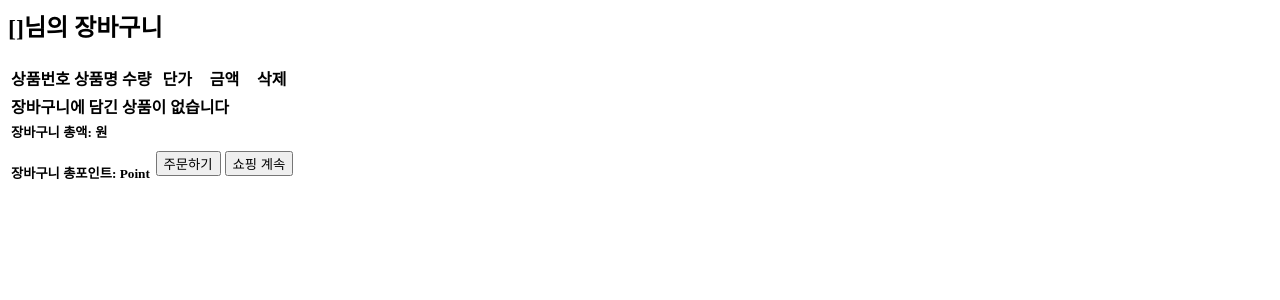
Repository: Jayking0215/myjava
Page: http://localhost/SpringWeb/WEB-INF/views/shop/cartList.jsp
These files come from the project's save history. The page is drawn as it stood at one moment and after the next save; the edit follows.
The browser window is 1280 px wide. The pictures show the whole page.
The page is served by Tomcat 9. Nobody is signed in. The template is opened directly, without the code that normally fills it, so the values that code supplies are empty.

Above is the page before, as saved 2023-05-10 07:07:54.

After the next save:
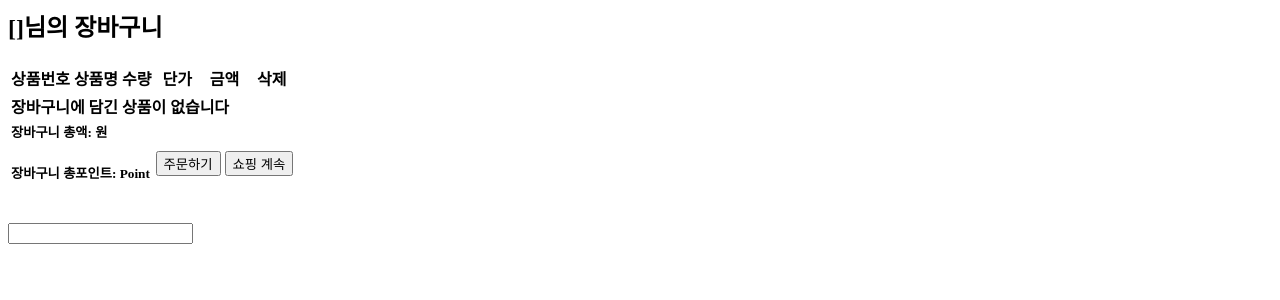
Saved 3 min 14 s later.
--- a/SpringWorkspace/SpringWeb/src/main/webapp/WEB-INF/views/shop/cartList.jsp
+++ b/SpringWorkspace/SpringWeb/src/main/webapp/WEB-INF/views/shop/cartList.jsp
@@ -93,5 +93,18 @@
 				</tbody>
 			</table>
 		</form>
+		<!-- 주문form end------------ -->
+
+		<!-- 삭제 form start-------------- -->
+		<form name="df" action="cartDel">
+			<input type="text" name="cartNum">
+		</form>
+		<!-- 삭제form end------------- -->
 	</div>
 </div>
+
+<script>
+	function cartDel(cnum){
+		alert(cnum);
+	}
+</script>

After the 2 saves that followed:
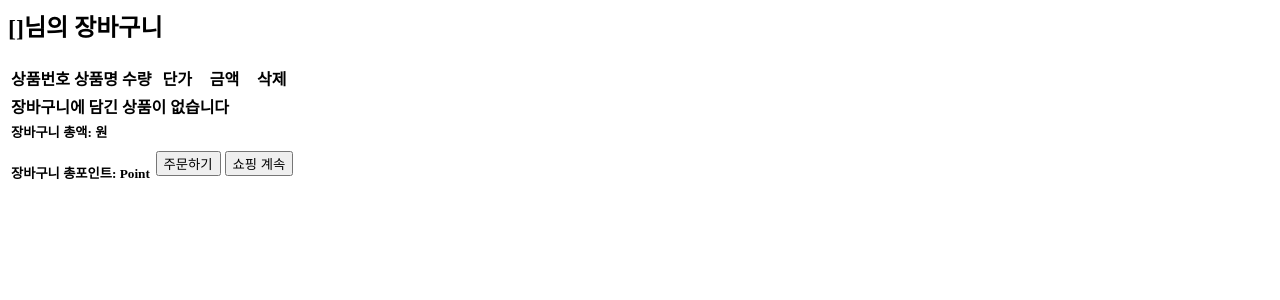
The 2 saves are shown as one change because 1 left the picture as it was.
The last was saved 3 min 15 s later.
--- a/SpringWorkspace/SpringWeb/src/main/webapp/WEB-INF/views/shop/cartList.jsp
+++ b/SpringWorkspace/SpringWeb/src/main/webapp/WEB-INF/views/shop/cartList.jsp
@@ -97,7 +97,7 @@
 
 		<!-- 삭제 form start-------------- -->
 		<form name="df" action="cartDel">
-			<input type="text" name="cartNum">
+			<input type="hidden" name="cartNum">
 		</form>
 		<!-- 삭제form end------------- -->
 	</div>
@@ -105,6 +105,7 @@
 
 <script>
 	function cartDel(cnum){
-		alert(cnum);
+		//alert(cnum);
+		df.cartNum.value=cnum;
 	}
 </script>
